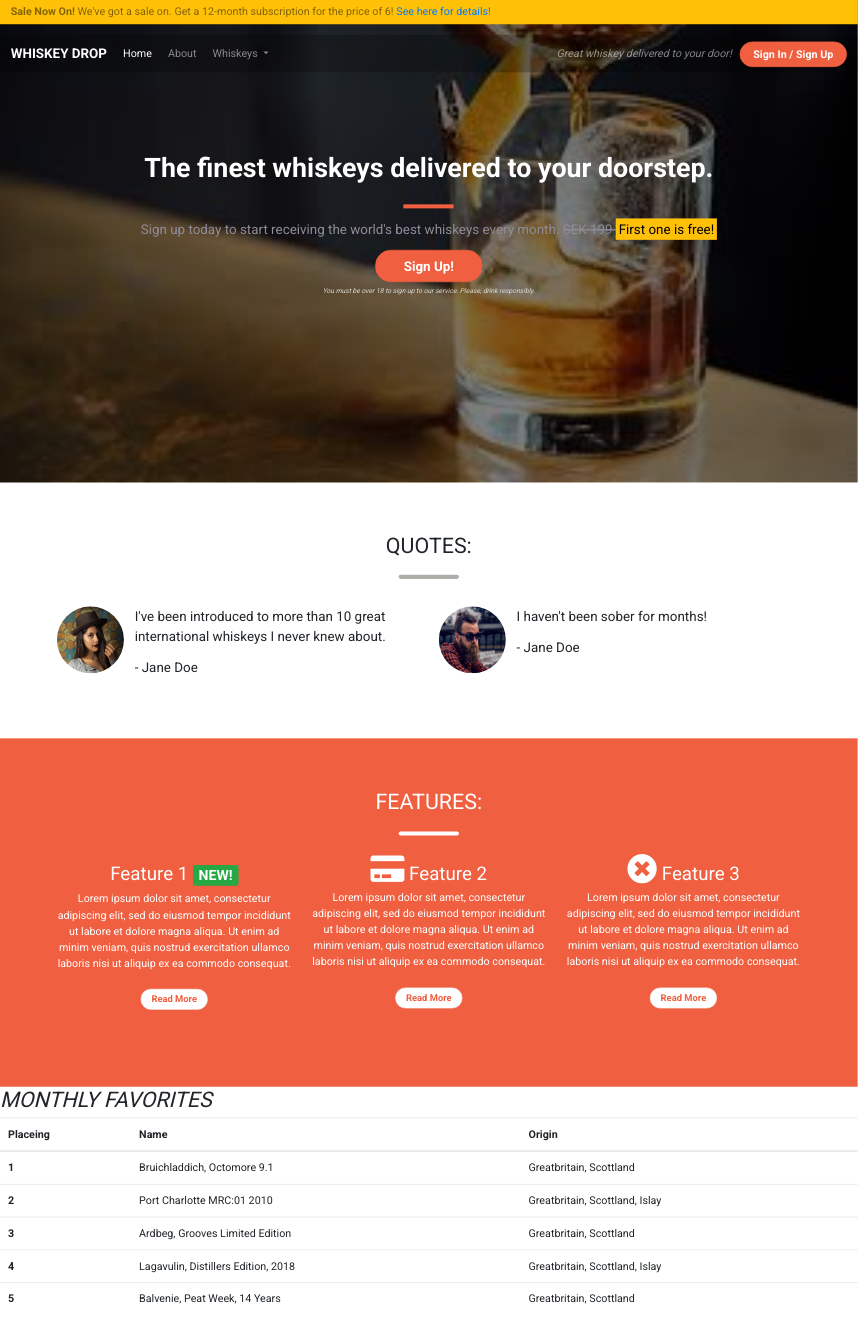
Repository: Jadehammar/Whiskey-drop
Page: index.html
The author's editor kept a record of every edit. The page is drawn from the files as they stood at one moment, then again after the next edit.
The browser window is 1280 px wide. The pictures show the whole page, at 67% of full size.
Backgrounds fixed to the window are drawn as part of the page. Some web libraries are served in a nearby version.

Above is the page before.

After the next edit:
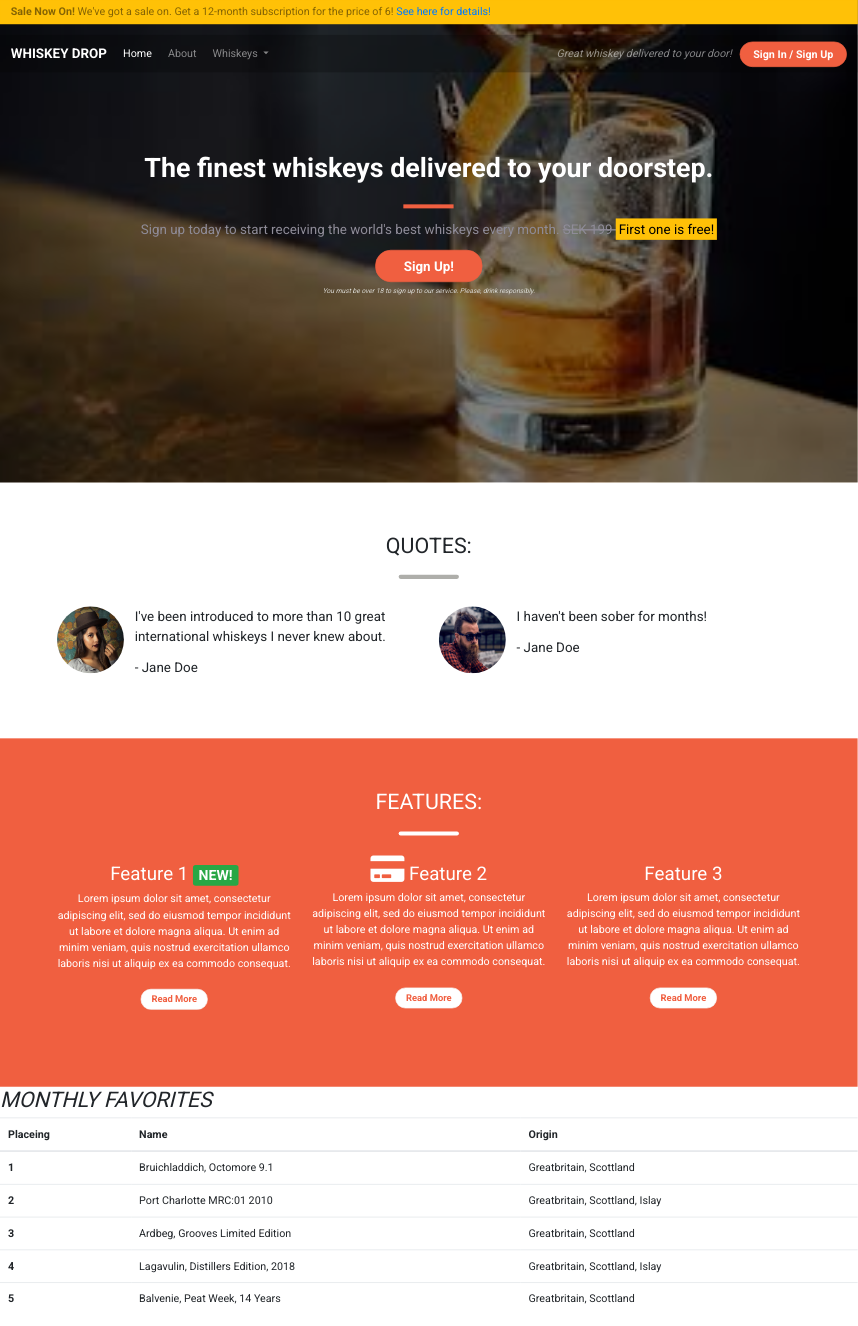
The edit:
--- a/index.html
+++ b/index.html
@@ -143,7 +143,7 @@
                     </div>
                     <div class="col-12 d-md-none d-lg-block col-lg-4">
                         <div class="feature">
-                            <h3><i class="fas fa-times-circle d-none d-sm-inline"></i> Feature 3</h3>
+                            <h3><i class="fas fa-times-circle d-none d-sm-none"></i> Feature 3</h3>
                             <p>Lorem ipsum dolor sit amet, consectetur adipiscing elit, sed do eiusmod tempor incididunt ut labore et dolore magna aliqua. Ut enim ad minim veniam, quis nostrud exercitation ullamco laboris nisi ut aliquip ex ea commodo consequat.</p>
                             <p><a class="btn btn-sm btn-light btn-primary fn" href="">Read More</a></p>
                         </div>

After the edit that followed:
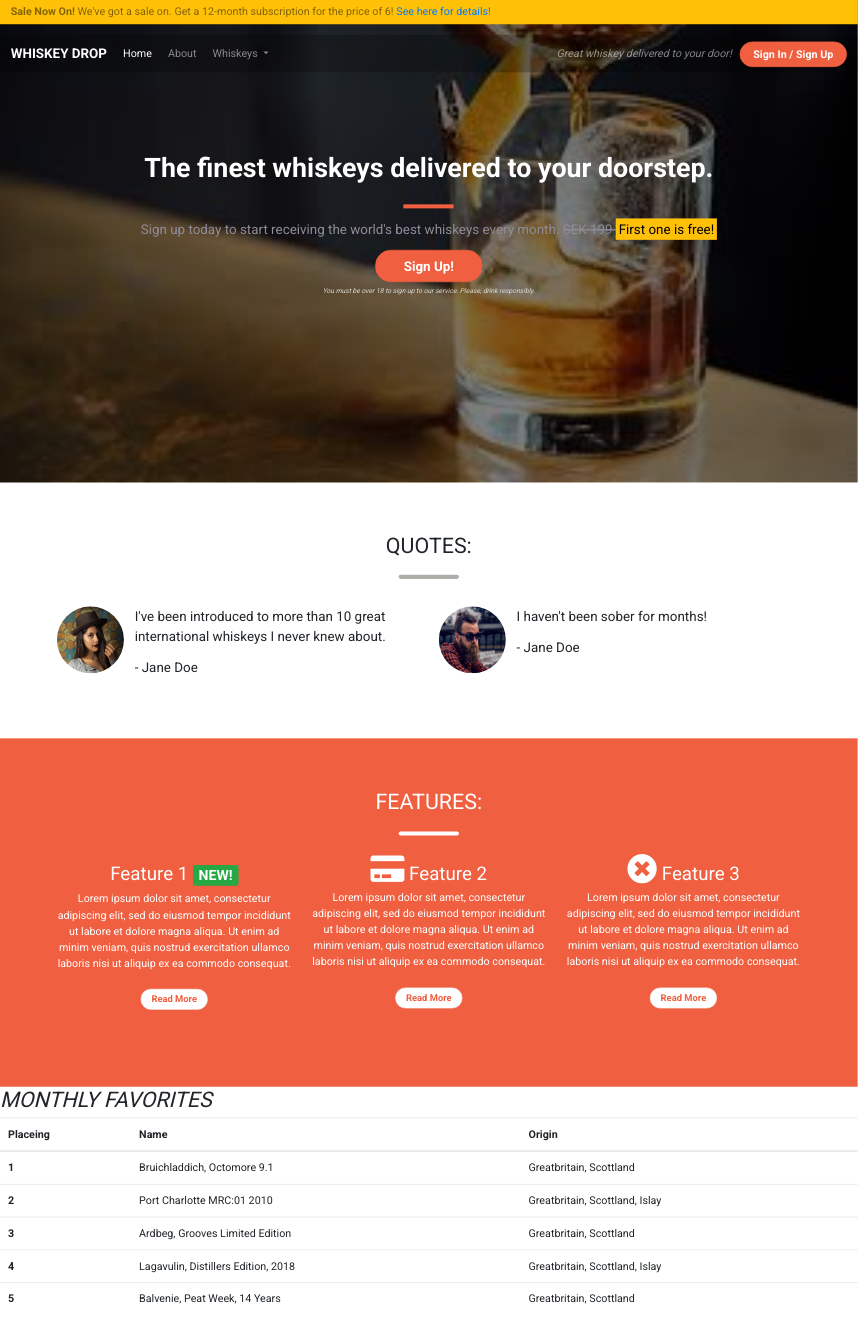
The edit:
--- a/index.html
+++ b/index.html
@@ -143,7 +143,7 @@
                     </div>
                     <div class="col-12 d-md-none d-lg-block col-lg-4">
                         <div class="feature">
-                            <h3><i class="fas fa-times-circle d-none d-sm-none"></i> Feature 3</h3>
+                            <h3><i class="fas fa-times-circle d-none d-sm-inline"></i> Feature 3</h3>
                             <p>Lorem ipsum dolor sit amet, consectetur adipiscing elit, sed do eiusmod tempor incididunt ut labore et dolore magna aliqua. Ut enim ad minim veniam, quis nostrud exercitation ullamco laboris nisi ut aliquip ex ea commodo consequat.</p>
                             <p><a class="btn btn-sm btn-light btn-primary fn" href="">Read More</a></p>
                         </div>
